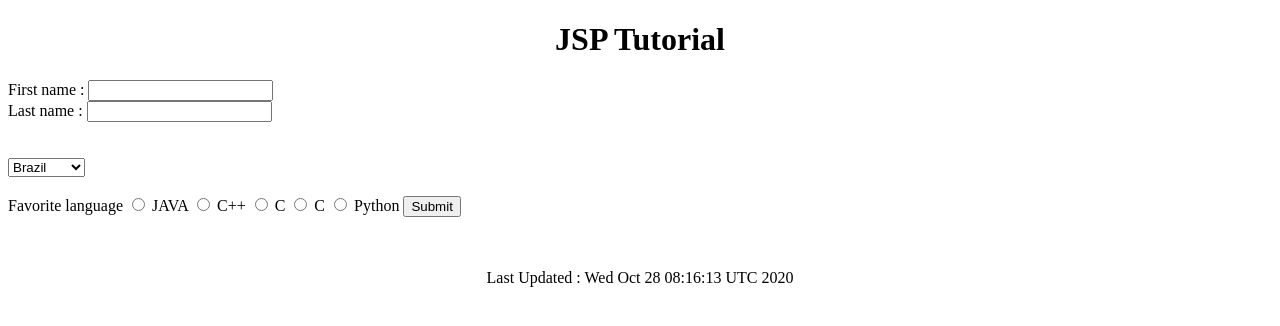
Repository: Gyepike/JSP
Page: http://localhost/JSPDemo/student-dropdownform.jsp
An editor plug-in stored every save of this project. The page is shown before and after the next save, followed by the edit.
The browser window is 1280 px wide. The pictures show the whole page.
The page is served by Tomcat 9. Other server files are loaded and not shown.

Above is the page before, as saved 2020-10-30 21:29:18.

### JSPDemo/WebContent/student-dropdownform.jsp
<%@ page language="java" contentType="text/html; charset=UTF-8"
    pageEncoding="UTF-8"%>
<!DOCTYPE html>
<html>
<head>
<meta charset="UTF-8">
<title>Insert title here</title>
</head>
<body>
  <jsp:include page="my-header.html"></jsp:include>
     <form action="student-response-dropdown.jsp" method="GET">
       First name : <input type="text" name="firstName">
       <br/>
       Last name : <input type="text" name="lastName">
       <br/>


       <br/> <br/>
        <select name="country">
          <option>Brazil</option>
   	      <option>Germany</option>
   	      <option>Turkey</option>
   	      <option>UK</option>
   	    </select>

   	    <br/> <br/>
         Favorite language
         <input type="radio" name="programming" value="JAVA"> JAVA
         <input type="radio" name="programming" value="C++"> C++
         <input type="radio" name="programming" value="C"> C
         <input type="radio" name="programming" value="PHP"> C
         <input type="radio" name="programming" value="Python"> Python

         <input type="submit" value="Submit">

     </form>
     <br/> <br/>
    <jsp:include page="my-footer.jsp"></jsp:include>
</body>
</html>

### JSPDemo/WebContent/my-footer.jsp
<%@ page language="java" contentType="text/html; charset=UTF-8"
    pageEncoding="UTF-8"%>
<!DOCTYPE html>
<html>
<head>
<meta charset="UTF-8">
</head>
<body>
   <p align="center">
   Last Updated : <%= new java.util.Date() %>
   </p>
</body>
</html>

Loaded but not shown: JSPDemo/WebContent/my-header.html (common file)

After the next save:
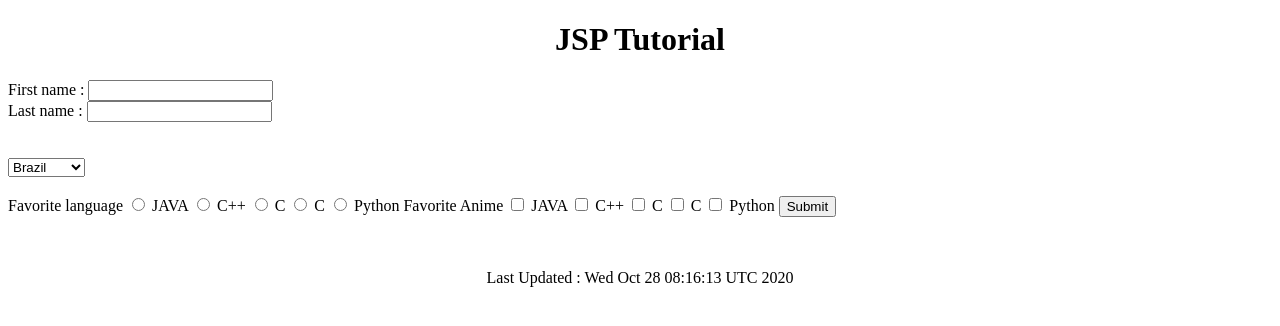
Saved 30 min 36 s later.
--- a/JSPDemo/WebContent/student-dropdownform.jsp
+++ b/JSPDemo/WebContent/student-dropdownform.jsp
@@ -31,6 +31,14 @@
          <input type="radio" name="programming" value="PHP"> C
          <input type="radio" name="programming" value="Python"> Python
 
+         Favorite Anime
+
+         <input type="checkbox" name="programming" value="One Piece"> JAVA
+         <input type="checkbox" name="programming" value="Naruto"> C++
+         <input type="checkbox" name="programming" value="Dead Note"> C
+         <input type="checkbox" name="programming" value="Suzumiya"> C
+         <input type="checkbox" name="programming" value="She Ra"> Python
+
          <input type="submit" value="Submit">
 
      </form>
